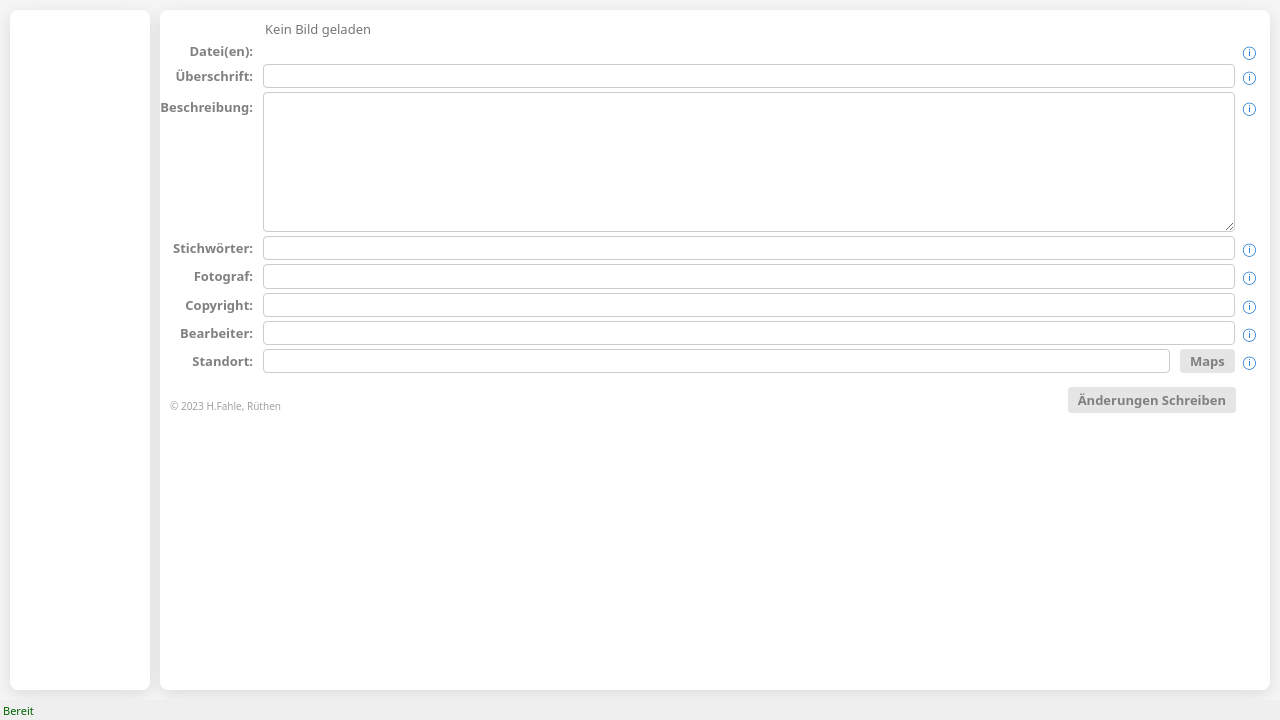
Repository: h-fahle/metadata
Page: ui/index.html
These files come from the project's save history. The page is drawn as it stood at one moment and after the next save; the edit follows.
The browser window is 1280 px wide. The pictures show the whole page.

Above is the page before, as saved 2026-08-29 14:51:50.
Console error: TypeError: Cannot read properties of undefined (reading 'core')

After the next save:
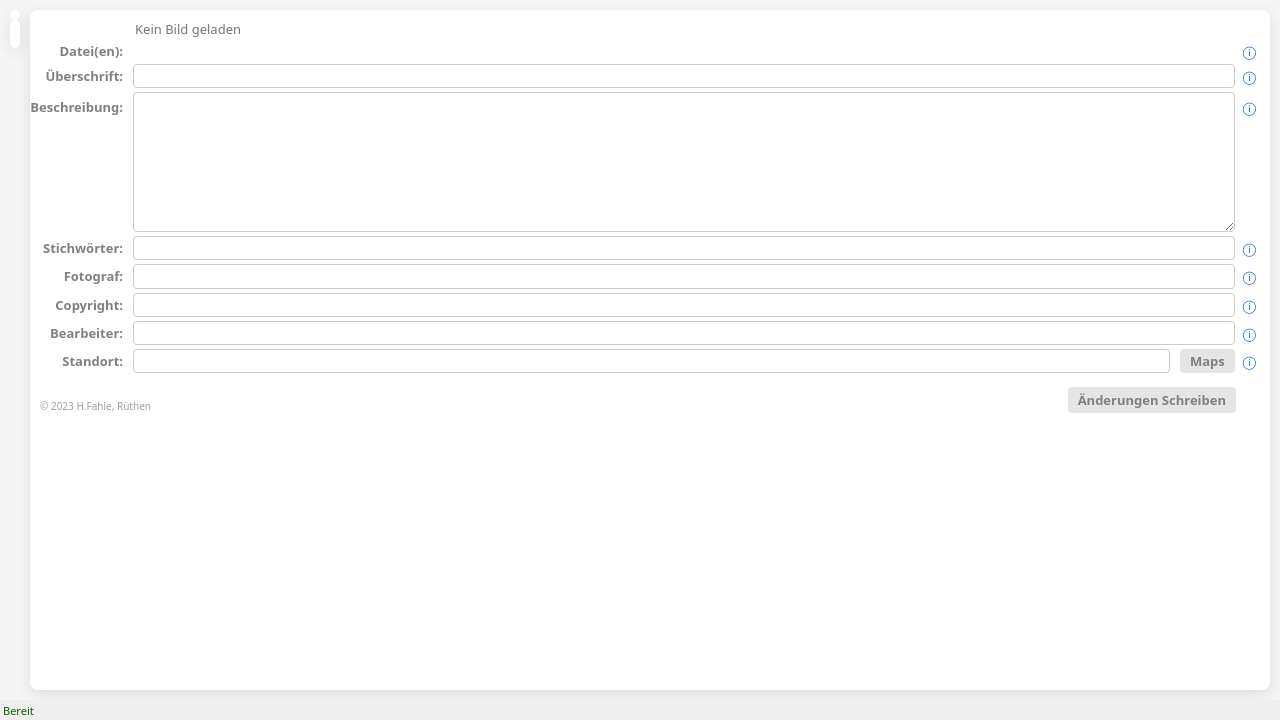
Saved 2 s later.
--- a/ui/style.css
+++ b/ui/style.css
@@ -40,26 +40,64 @@ selectx {
 	overflow: hidden; /* Verhindert, dass Riesen-Inhalte das Fenster sprengen */
 }
 
+
+
 /* 3. LINKS: Die Sidebar mit fester Breite */
-#sidebar {
+/* #sidebar {
 	width: 140px;
 	min-width: 140px; /* Lässt die Sidebar niemals schrumpfen */
 	background-color: #ffffff;
 	border-radius: 8px;
 	padding: 5px;
 	box-shadow: 0 4px 15px rgba(0, 0, 0, 0.1);
-
-	/* Fügt automatischen Abstand zwischen allen Kindern in der Sidebar ein */
-    display: flex;
-    flex-direction: column;
-    gap: 12px;
-}
+}
+
+.split-button-container {
+	display: inline-flex;
+	flex-direction: column;
+	position: relative;
+	font-family: system-ui, -apple-system, sans-serif;
+	width:130px;
+}
+
 
 #vorschau-bild {
 	max-width: 130px;
 	margin: 15px auto;
 	height: auto;
-}
+} */
+
+#sidebar {
+    width: 140px;
+    min-width: 140px;
+    /* Transparenz, damit der Hintergrund des Hauptfensters durchscheint */
+    background-color: transparent;
+    box-shadow: none;
+    padding: 0;
+
+    /* Flex-Container für die zwei vertikalen Kacheln */
+    display: flex;
+    flex-direction: column;
+    gap: 10px; /* Der Spalt zwischen obiger und unterer Kachel */
+}
+
+/* Kachel 1: Nur der Button-Container */
+.split-button-container {
+    background-color: #ffffff;
+    border-radius: 8px;
+    padding: 5px;
+    box-shadow: 0 4px 15px rgba(0, 0, 0, 0.1);
+}
+
+/* Kachel 2: Bild + Info-Text darunter */
+#preview-card {
+    background-color: #ffffff;
+    border-radius: 8px;
+    padding: 5px;
+    box-shadow: 0 4px 15px rgba(0, 0, 0, 0.1);
+}
+
+
 
 /* 4. RECHTS: Das Formular nimmt den gesamten Rest ein und wächst mit */
 #form-container {
@@ -202,14 +240,6 @@ button:hover {
 
 	/* ------------------------------------------------------------------------------ */
 	/* Container hält die Steuer-Buttons zusammen */
-	.split-button-container {
-	  display: inline-flex;
-	  flex-direction: column;
-	  position: relative;
-	  font-family: system-ui, -apple-system, sans-serif;
-	  width:130px;
-	  margin-bottom: 15px;
-	}
 
 	/* Obere Reihe */
 	.main-row {
